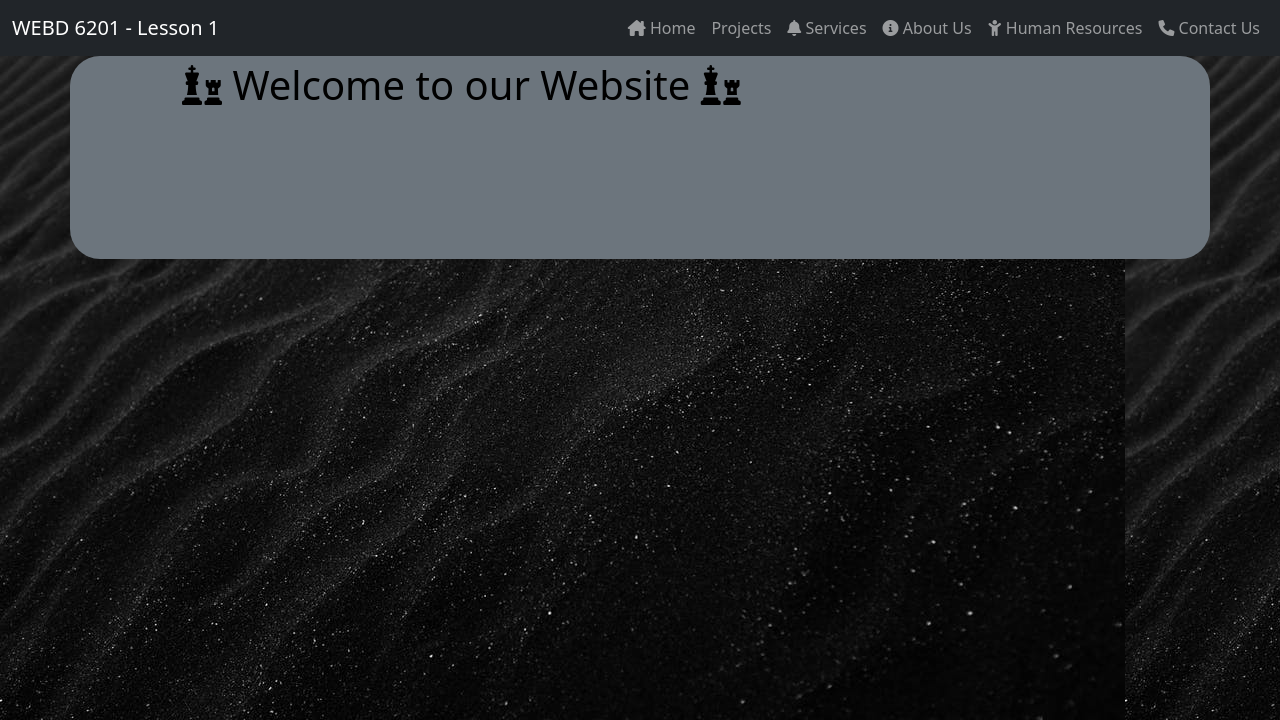
Repository: devanshudave1901/DevanshuDave_AngaranYogeswaranLab2
Page: index.html
An editor plug-in stored every save of this project. The page is shown before and after the next save, followed by the edit.
The browser window is 1280 px wide. The pictures show the whole page.

Above is the page before, as saved 2022-02-11 21:47:19.

After the next save:
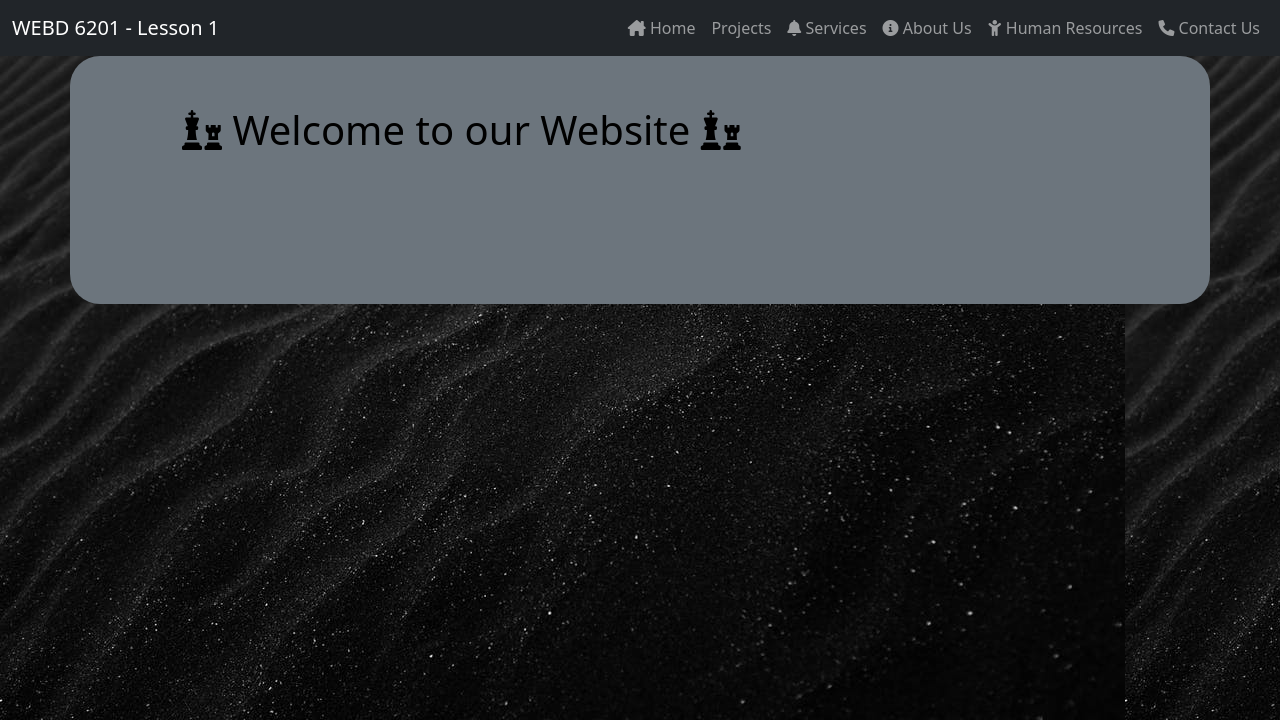
Saved 9 s later.
--- a/Content/app.css
+++ b/Content/app.css
@@ -85,7 +85,7 @@ img {
 }
 #heading3 {
   color: black;
-  padding-top: 5px;
+  padding-top: 50px;
   padding-left: 100px;
   padding-right: 100px;
   padding-bottom: 150px;
